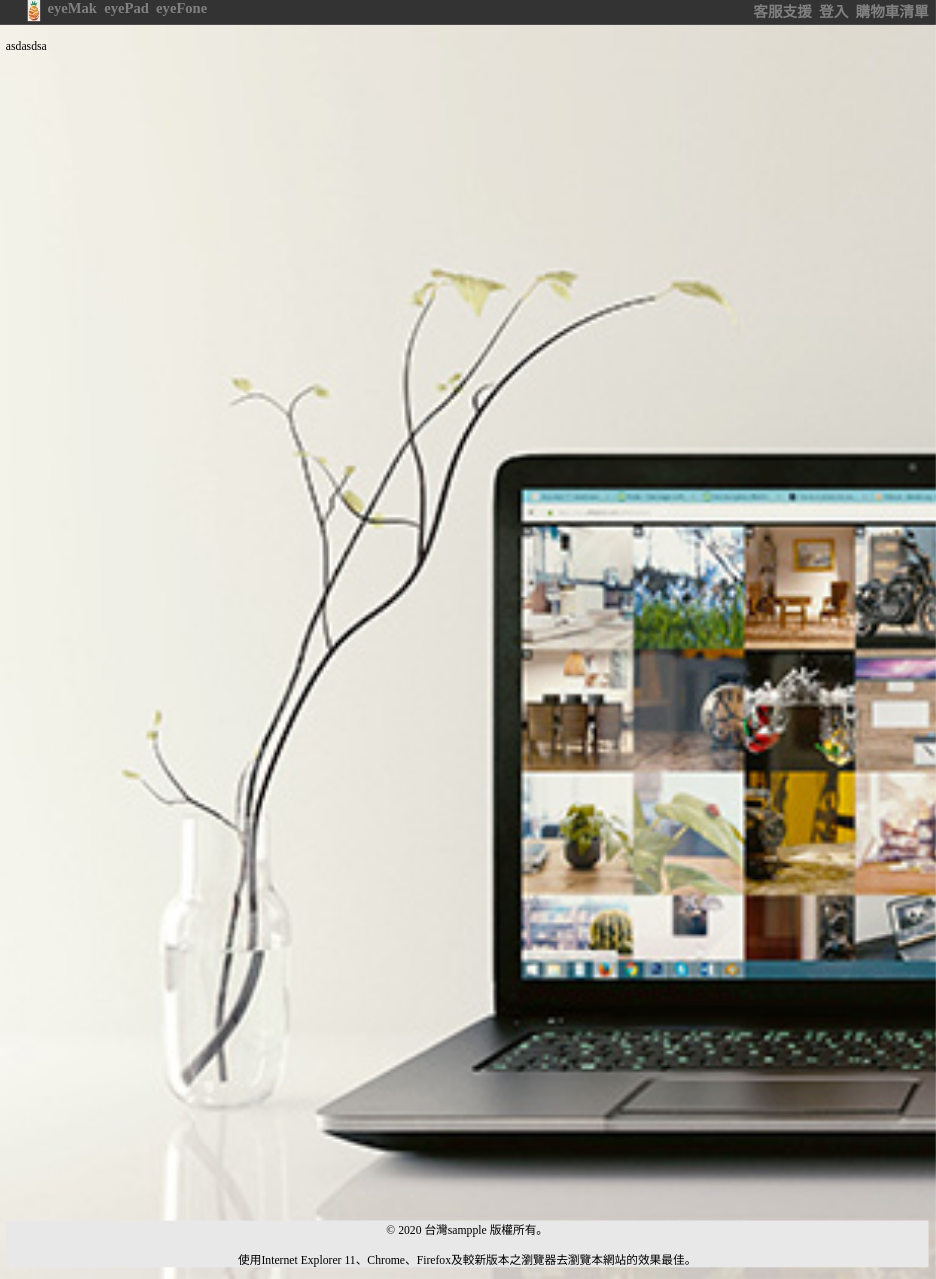
Repository: Vincent4142/NewFinalProject
Page: http://localhost/FinalProject/
The author's editor kept a copy of each file at every save. The page is drawn from the files as they stood at one save, then again after the next save.
The browser window is 1280 px wide. The page is 1282 px wide, so the pictures cover 1282 px, including what lies to the right of the window. The pictures show the whole page, at 73% of full size.
The page is served by Tomcat 9.

Above is the page before, as saved 2020-04-09 05:55:22.

After the next save:
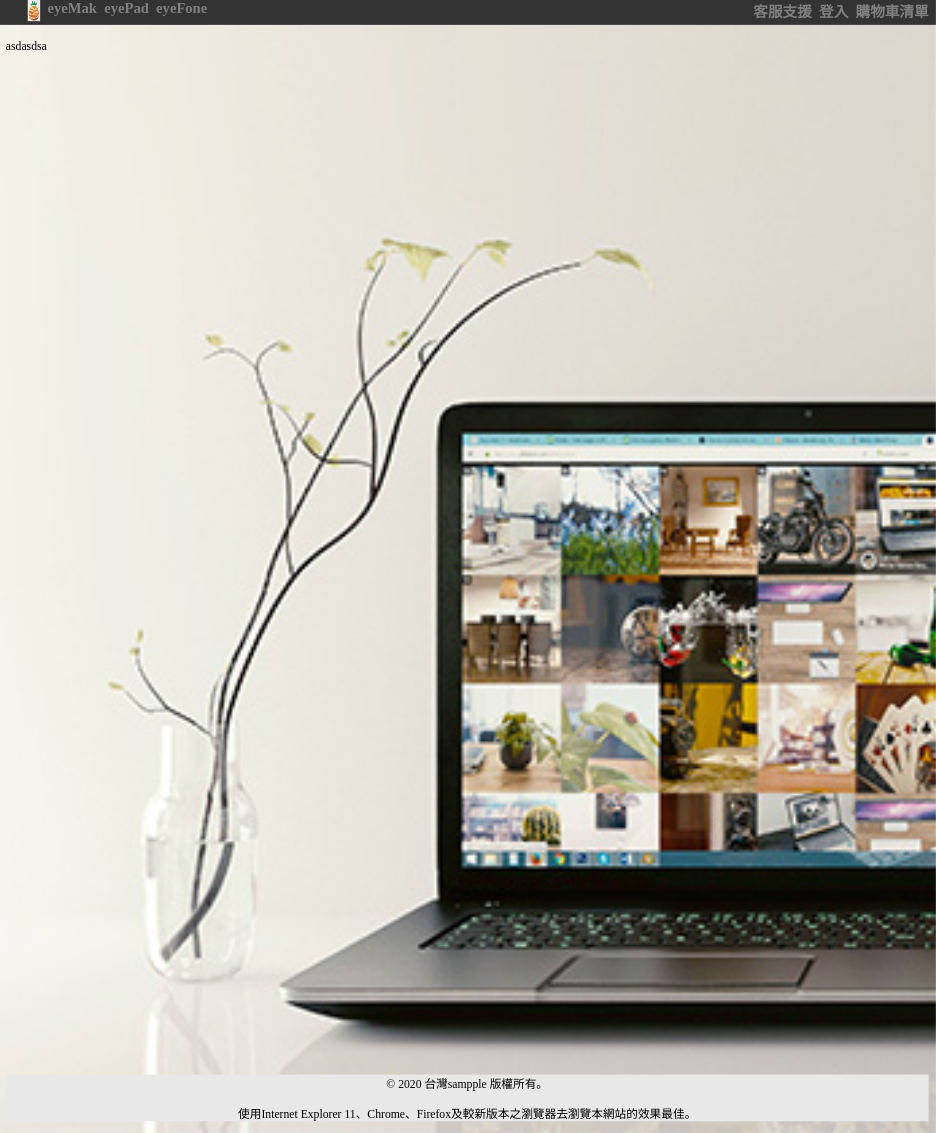
Saved 14 s later.
--- a/FinalProject/WebContent/fragment/indexBOTTOM.jsp
+++ b/FinalProject/WebContent/fragment/indexBOTTOM.jsp
@@ -11,7 +11,7 @@
 	#bottom{
 		background-color:#E8E8E8;
 		text-align: center;
-		margin-top: 1600px;
+		margin-top: 1400px;
 
 	}
 
